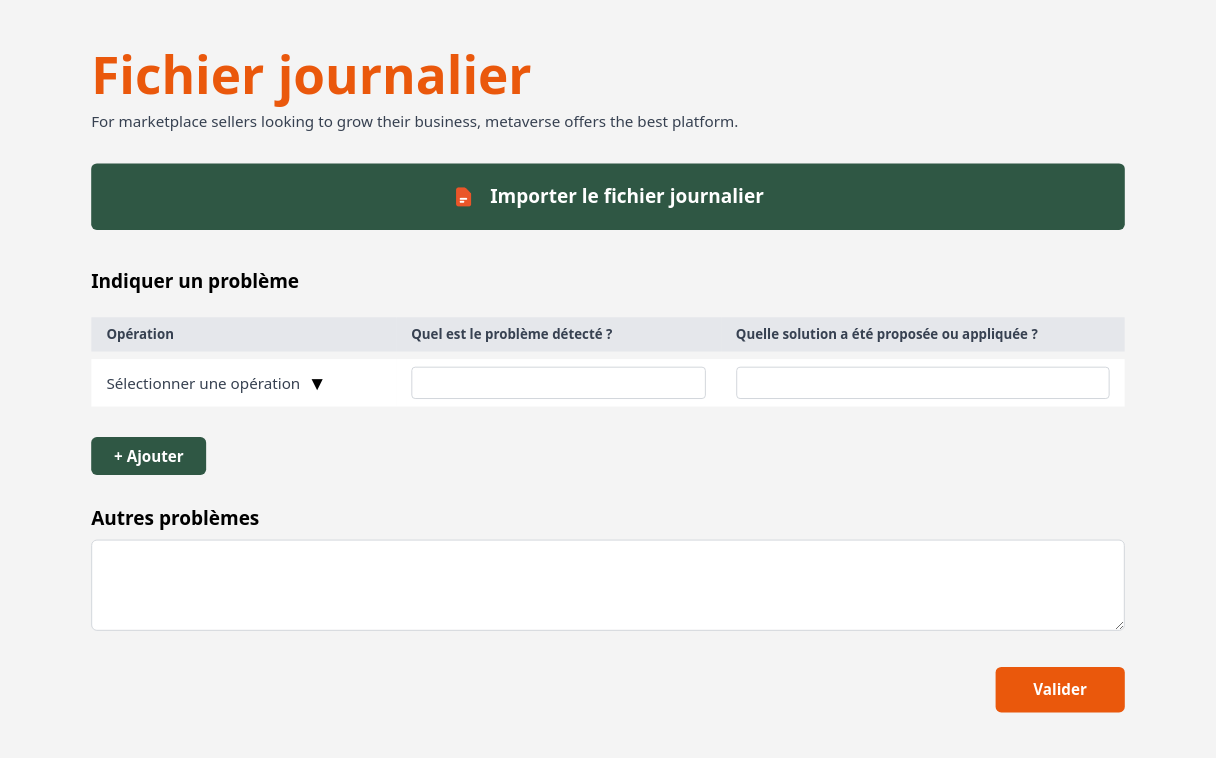
Repository: 123455675848484848484884848484/Projet_2cs
Page: /file (app in front/)
These files come from the project's save history. The page is drawn as it stood at one moment and after the next save; the edit follows.
The browser window is 1280 px wide. The pictures show the whole page, at 95% of full size.
The project was rebuilt for these pictures with package versions that can differ from the ones it lists, and the page was loaded fresh each time. Also part of the build but not shown: front/src/App.css, front/src/LancerPuit.jsx, front/src/InformationPuit.jsx, front/src/Login.jsx, front/src/MesPuits.jsx, front/src/PhasesPrevision.jsx, front/src/OperationsPrevision.jsx.

Above is the page before, as saved 2025-04-24 11:09:24.

After the next save:
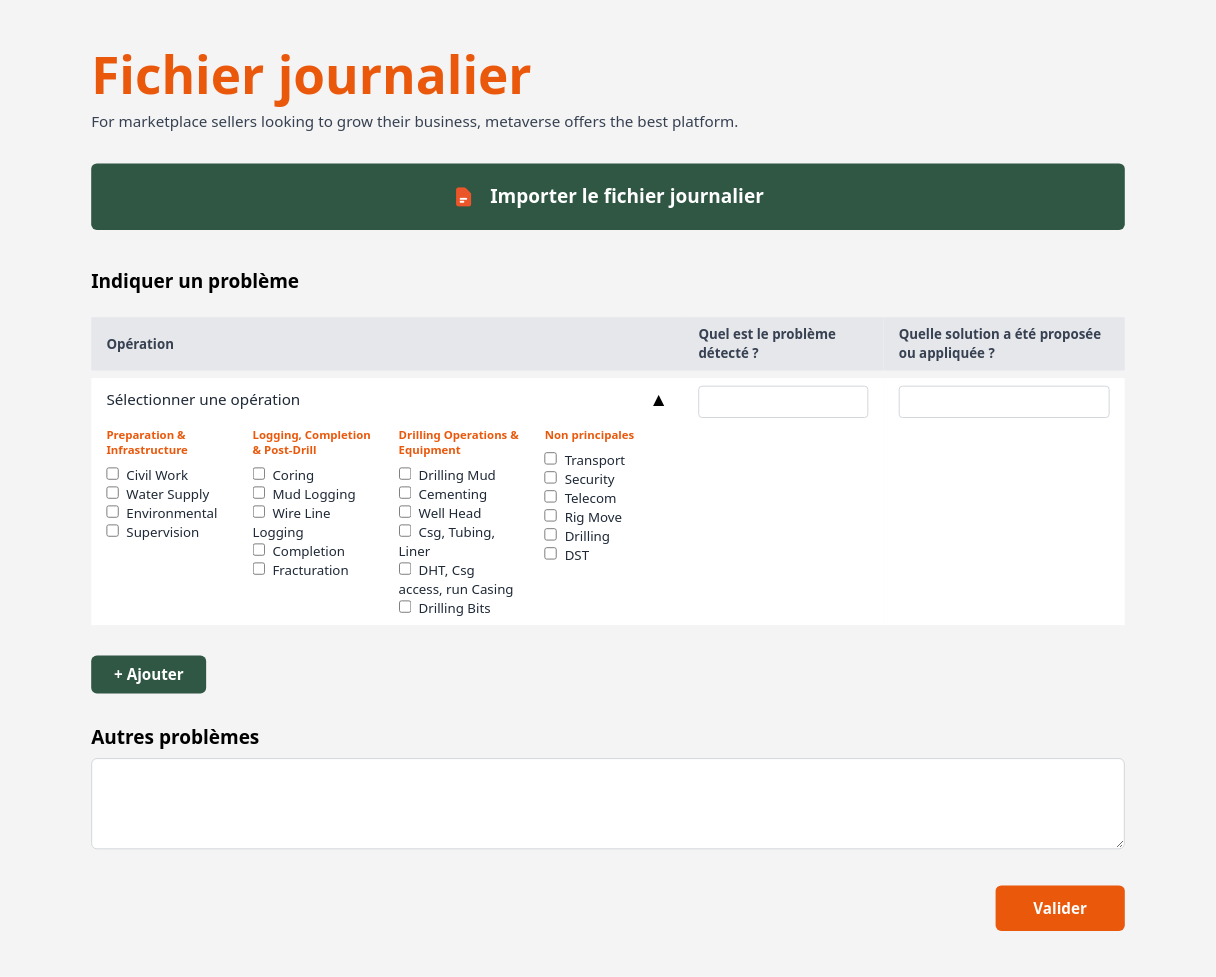
Saved 5 min 45 s later.
--- a/front/src/FichierJournalier.jsx
+++ b/front/src/FichierJournalier.jsx
@@ -2,11 +2,11 @@ import React, { useState } from "react";
 
 const FichierJournalier = () => {
   const [problems, setProblems] = useState([
-    { operation: "", probleme: "", solution: "" },
+    { operation: [], probleme: "", solution: "" },
   ]);
   const [autresProblemes, setAutresProblemes] = useState("");
   const [selectedFile, setSelectedFile] = useState(null);
-  const [openRows, setOpenRows] = useState([false]); // initialise avec une ligne fermée
+  const [openRows, setOpenRows] = useState([true]);
 
   const handleChange = (index, field, value) => {
     const updated = [...problems];
@@ -16,7 +16,7 @@ const FichierJournalier = () => {
 
   const handleAddRow = () => {
     setProblems([...problems, { operation: [], probleme: "", solution: "" }]);
-    setOpenRows([...openRows, false]); // ajouter un état fermé
+    setOpenRows([...openRows, false]);
   };
 
   const handleSubmit = () => {
@@ -70,7 +70,7 @@ const FichierJournalier = () => {
       </p>
 
       <label className="bg-[#2f5744] cursor-pointer text-white text-center text-[20px] font-semibold py-5 rounded-md flex justify-center items-center gap-4 mb-10">
-      <img src="/file.png" alt="icon" className="w-6 h-6" />
+        <img src="/file.png" alt="icon" className="w-6 h-6" />
         Importer le fichier journalier
         <input type="file" className="hidden" onChange={handleFileChange} />
       </label>
@@ -86,84 +86,72 @@ const FichierJournalier = () => {
             </tr>
           </thead>
           <tbody>
-  {problems.map((row, index) => (
-    <React.Fragment key={index}>
-      {/* Ligne cliquable */}
-      <tr className="bg-white rounded-md">
-        <td className="px-4 py-2">
-          <button
-            onClick={() => {
-              const updatedOpen = [...openRows];
-              updatedOpen[index] = !updatedOpen[index];
-              setOpenRows(updatedOpen);
-            }}
-            className="flex items-center gap-2 text-left w-full"
-          >
-            <span className="text-gray-700 font-medium">
-              Sélectionner une opération
-            </span>
-            {openRows[index] ? (
-              <span className="text-xl">▲</span>
-            ) : (
-              <span className="text-xl">▼</span>
-            )}
-          </button>
-        </td>
-        <td className="px-4 py-2">
-          <input
-            type="text"
-            value={row.probleme}
-            onChange={(e) => handleChange(index, "probleme", e.target.value)}
-            className="w-full border border-gray-300 rounded px-2 py-1"
-          />
-        </td>
-        <td className="px-4 py-2">
-          <input
-            type="text"
-            value={row.solution}
-            onChange={(e) => handleChange(index, "solution", e.target.value)}
-            className="w-full border border-gray-300 rounded px-2 py-1"
-          />
-        </td>
-      </tr>
+            {problems.map((row, index) => (
+              <tr key={index} className="bg-white rounded-md">
+                <td className="px-4 py-2 align-top">
+                  <div
+                    className="flex items-center justify-between cursor-pointer"
+                    onClick={() => {
+                      const newOpenRows = [...openRows];
+                      newOpenRows[index] = !newOpenRows[index];
+                      setOpenRows(newOpenRows);
+                    }}
+                  >
+                    <span className="text-gray-800">
+                      {row.operation.length > 0 ? row.operation.join(", ") : "Sélectionner une opération"}
+                    </span>
+                    <span className="text-xl">{openRows[index] ? "▲" : "▼"}</span>
+                  </div>
 
-      {/* Contenu déroulant conditionnel */}
-      {openRows[index] && (
-        <tr>
-          <td colSpan="3" className="px-4 py-4 bg-gray-100 rounded-b">
-            <div className="grid grid-cols-4 gap-6">
-              {operationsGroups.map((group) => (
-                <div key={group.label}>
-                  <h4 className="text-xs text-orange-600 font-semibold mb-2">
-                    {group.label}
-                  </h4>
-                  {group.items.map((item) => (
-                    <label key={item} className="block text-sm text-gray-800">
-                      <input
-                        type="checkbox"
-                        value={item}
-                        checked={row.operation.includes(item)}
-                        onChange={(e) => {
-                          const value = e.target.value;
-                          const updatedOps = row.operation.includes(value)
-                            ? row.operation.filter((op) => op !== value)
-                            : [...row.operation, value];
-                          handleChange(index, "operation", updatedOps);
-                        }}
-                        className="mr-2"
-                      />
-                      {item}
-                    </label>
-                  ))}
-                </div>
-              ))}
-            </div>
-          </td>
-        </tr>
-      )}
-    </React.Fragment>
-  ))}
-</tbody>
+                  {openRows[index] && (
+                    <div className="grid grid-cols-4 gap-6 mt-4">
+                      {operationsGroups.map((group) => (
+                        <div key={group.label}>
+                          <h4 className="text-xs text-orange-600 font-semibold mb-2">
+                            {group.label}
+                          </h4>
+                          {group.items.map((item) => (
+                            <label key={item} className="block text-sm text-gray-800">
+                              <input
+                                type="checkbox"
+                                value={item}
+                                checked={row.operation.includes(item)}
+                                onChange={(e) => {
+                                  const value = e.target.value;
+                                  const updatedOps = row.operation.includes(value)
+                                    ? row.operation.filter((op) => op !== value)
+                                    : [...row.operation, value];
+                                  handleChange(index, "operation", updatedOps);
+                                }}
+                                className="mr-2"
+                              />
+                              {item}
+                            </label>
+                          ))}
+                        </div>
+                      ))}
+                    </div>
+                  )}
+                </td>
+                <td className="px-4 py-2 align-top">
+                  <input
+                    type="text"
+                    value={row.probleme}
+                    onChange={(e) => handleChange(index, "probleme", e.target.value)}
+                    className="w-full border border-gray-300 rounded px-2 py-1"
+                  />
+                </td>
+                <td className="px-4 py-2 align-top">
+                  <input
+                    type="text"
+                    value={row.solution}
+                    onChange={(e) => handleChange(index, "solution", e.target.value)}
+                    className="w-full border border-gray-300 rounded px-2 py-1"
+                  />
+                </td>
+              </tr>
+            ))}
+          </tbody>
         </table>
       </div>
 
